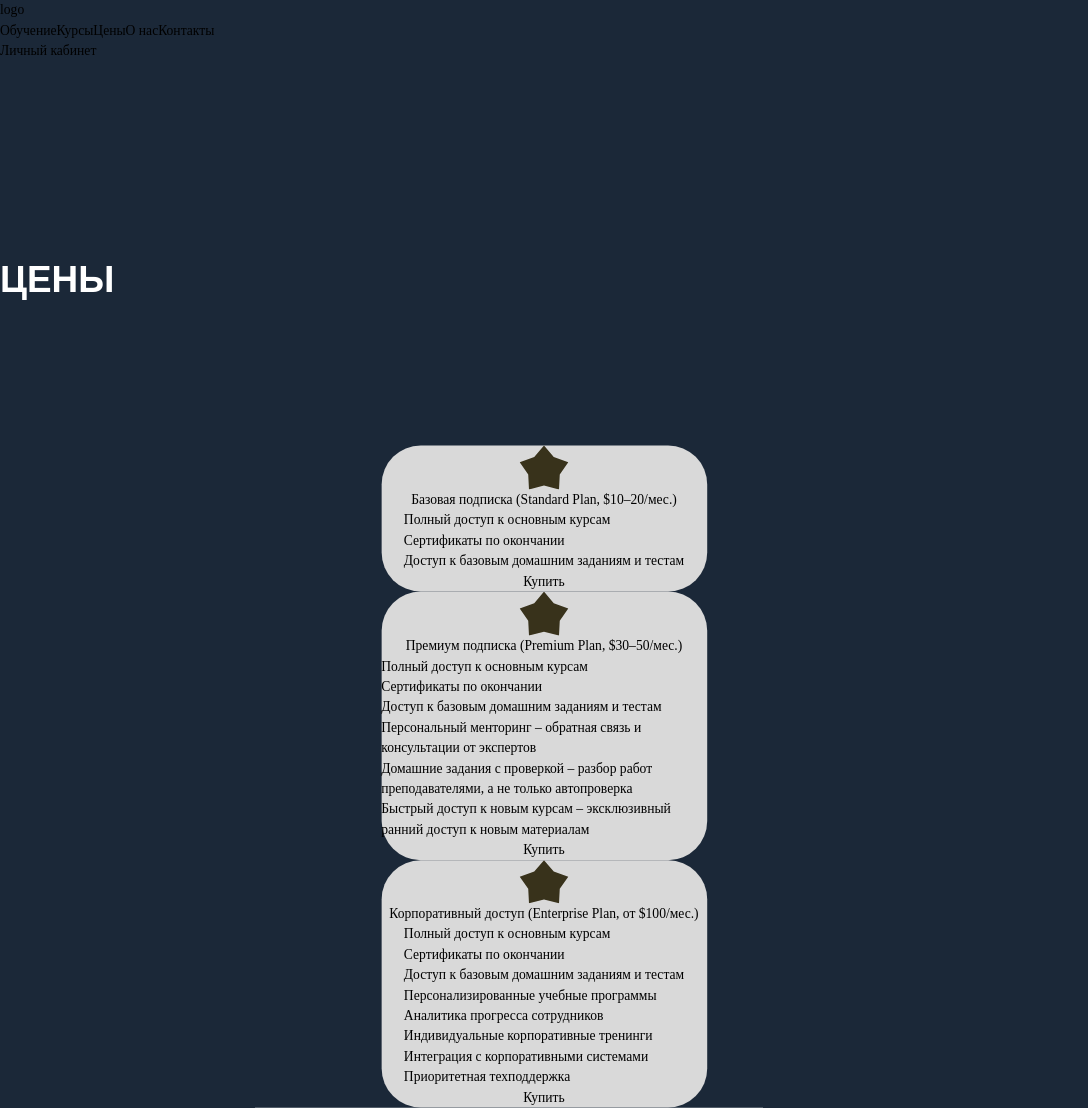
Repository: marjango/course
Page: /pricepage
These files come from the project's save history. The page is drawn as it stood at one moment and after the next save; the edit follows.
The browser window is 1280 px wide. The pictures show the whole page, at 85% of full size.
The project was rebuilt for these pictures with package versions that can differ from the ones it lists, and the page was loaded fresh each time. The framework's server and built-in components were replaced by stand-ins that run in the browser. Also part of the build but not shown: next.config.ts.

Above is the page before, as saved 2025-03-26 20:55:39.

### app/layout.tsx
import type { Metadata } from "next";
import "./globals.css";
import './fonts.css';


export const metadata: Metadata = {
  title: "сourse",
  description: "it course",
};

export default function RootLayout({
  children,
}: Readonly<{
  children: React.ReactNode;
}>) {
  return (
    <html lang="en">
      <body

      >
        {children}
      </body>
    </html>
  );
}

### app/pricepage/page.tsx
import React from "react";
import Image from "next/image";
import s from "./price.module.css";
import Link from "next/link";
import star from "./Star.svg";

const pricepage = () => {
  return (
    <>
    <div className={s.pricepage}>
    <div className={s.headerContainer}>
          <Link href="/" className={s.logo}>
            logo
          </Link>

          <div className={s.nav}>
            <Link href="#">Обучение</Link>
            <Link href="/coursespage">Курсы</Link>
            <Link href="#">Цены</Link>
            <Link href="#">О нас</Link>
            <Link href="#">Контакты</Link>
          </div>

          <Link href="#" className={s.personal}>
            Личный кабинет
          </Link>
        </div>
      <h1>Цены</h1>
      <div className={s.columns}>
      <div className={s.column}>
        <Image src={star} width={58} height={55} alt="star" />
        <h3>Базовая подписка (Standard Plan, $10–20/мес.)</h3>
        <ul>
          <li>Полный доступ к основным курсам</li>
          <li>Сертификаты по окончании</li>
          <li>Доступ к базовым домашним заданиям и тестам</li>
        </ul>
        <button>Купить</button>
      </div>
      <div className={s.column}>
      <Image src={star} width={58} height={55} alt="star" />
        <h3>Премиум подписка (Premium Plan, $30–50/мес.)</h3>
        <ul>
          <li>Полный доступ к основным курсам</li>
          <li>Сертификаты по окончании</li>
          <li>Доступ к базовым домашним заданиям и тестам</li>
          <li>
            Персональный менторинг – обратная связь и консультации от экспертов
          </li>
          <li>
            Домашние задания с проверкой – разбор работ преподавателями, а не
            только автопроверка{" "}
          </li>
          <li>
            Быстрый доступ к новым курсам – эксклюзивный ранний доступ к новым
            материалам
          </li>
        </ul>
        <button>Купить</button>
      </div>
      <div className={s.column}>
      <Image src={star} width={58} height={55} alt="star" />
        <h3>Корпоративный доступ (Enterprise Plan, от $100/мес.)</h3>
        <ul>
          <li>Полный доступ к основным курсам</li>
          <li>Сертификаты по окончании</li>
          <li>Доступ к базовым домашним заданиям и тестам</li>
          <li>Персонализированные учебные программы</li>
          <li>Аналитика прогресса сотрудников</li>
          <li>Индивидуальные корпоративные тренинги</li>
          <li>Интеграция с корпоративными системами</li>
          <li>Приоритетная техподдержка</li>
        </ul>
        <button>Купить</button>
      </div>
      </div>
      </div>
    </>
  );
};

export default pricepage;

### app/globals.css
@import "tailwindcss";

* {
  font-family: 'Doloman Pavljenko';
}

h1 {
  font-family: 'Intro Friday', sans-serif;
  font-size: 3.39vw;
  line-height: 1.2;
  color: white;
  font-weight: bold;
  text-transform: uppercase;
}

### app/fonts.css
@font-face {
    font-family: 'Doloman Pavljenko';
    src: url("/public/fonts/DolomanPavljenko.otf") format('otf'),
    url("/public/fonts/DolomanPavljenko.otf") format('otf');
    font-weight: normal;
    font-style: normal;
  }

   @font-face {
     font-family: "Intro Friday";
     src: url("/public/fonts/Intro\ Friday\ Regular.ttf") format("ttf"),
     url("/public/fonts/Intro\ Friday\ Regular.ttf") format("ttf");
     font-weight: normal;
     font-style: normal;
   }

### app/pricepage/price.module.css
.pricepage {
    background-color: #1b2838;
    display: flex;
    flex-direction: column;
    margin: 0 auto;
}
.pricepage h1 {
    margin-top: 230px;
    margin-bottom: 170px;
}

.columns {
    margin: 0 auto;

}
.column {
    background-color: #D9D9D9;
    border-radius: 46px;
    display: flex;
    flex-direction: column;
    align-items: center;
    max-width: 383px;
}

After the next save:
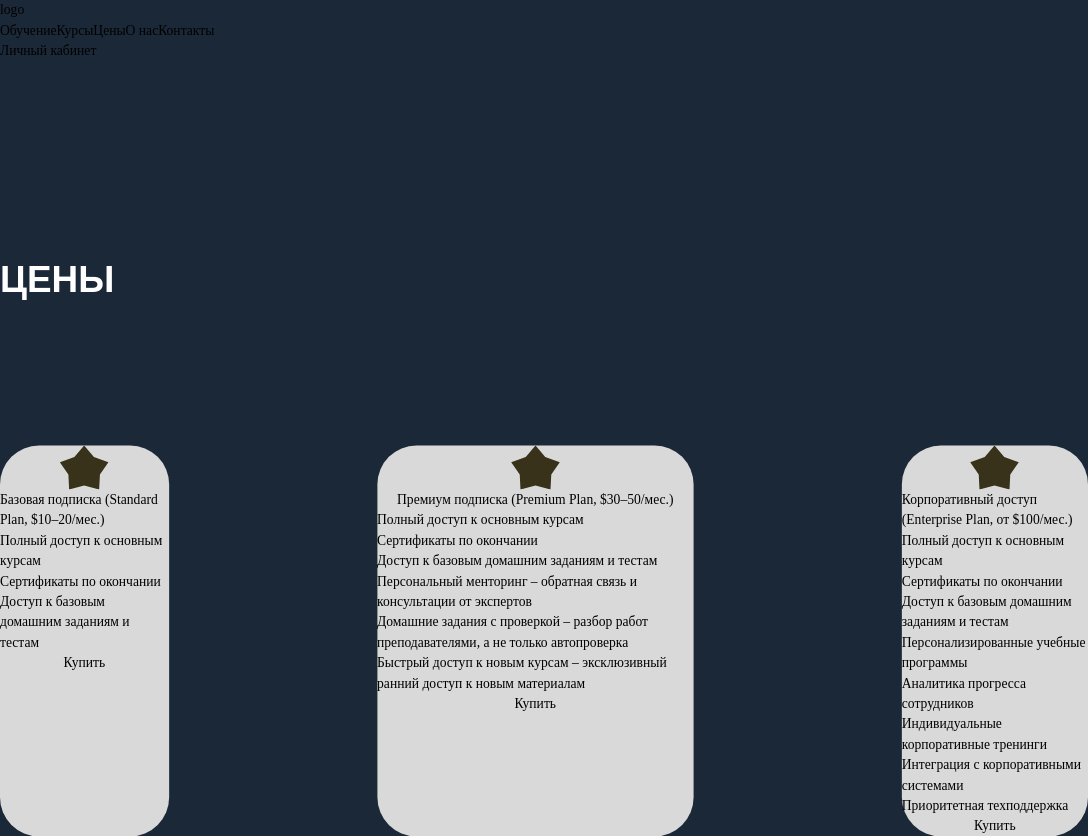
Saved 11 s later.
--- a/app/pricepage/price.module.css
+++ b/app/pricepage/price.module.css
@@ -11,7 +11,8 @@
 
 .columns {
     margin: 0 auto;
-
+    display: flex;
+    gap: 245px;
 }
 .column {
     background-color: #D9D9D9;
